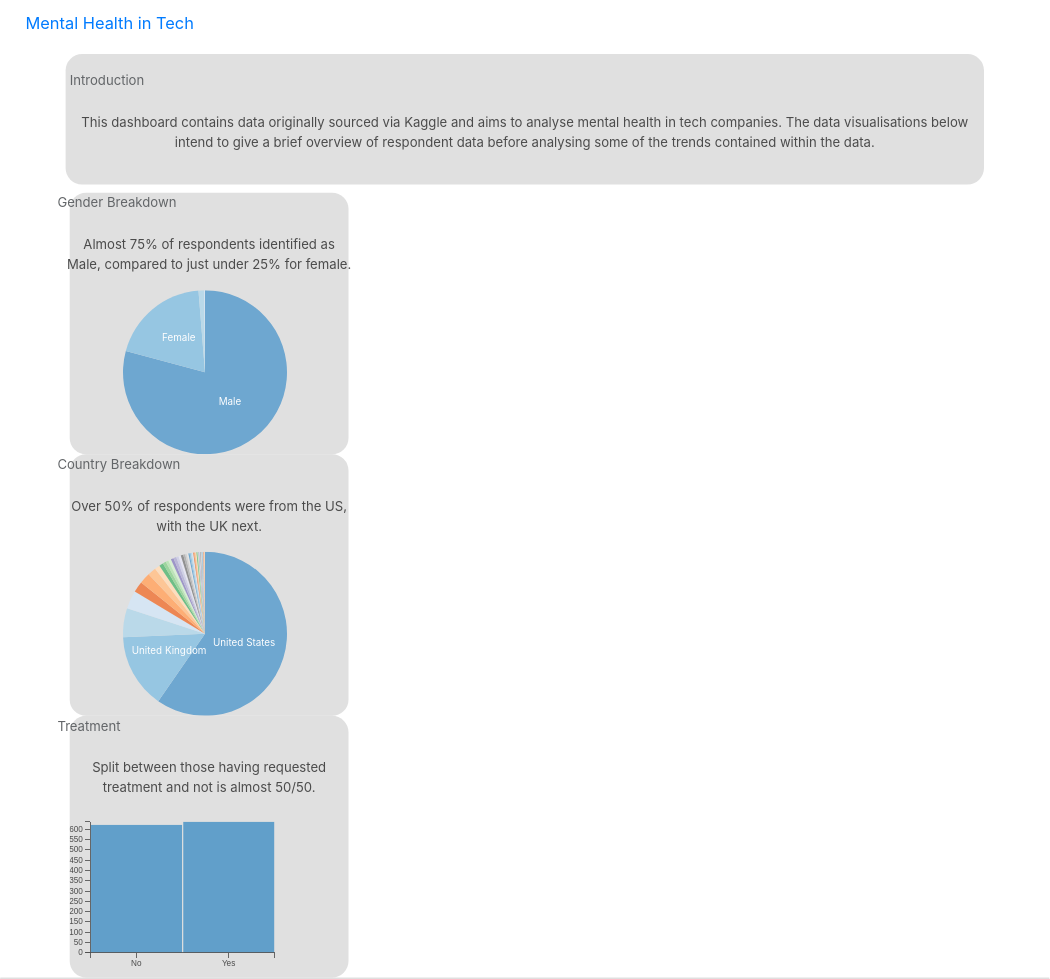
Repository: martingr1/mhdashboard
Page: index.html
The author's editor kept a record of every edit. The page is drawn from the files as they stood at one moment, then again after the next edit.
The browser window is 1280 px wide. The pictures show the whole page, at 82% of full size.
Some web libraries are served in a nearby version.

Above is the page before.

After the next edit:
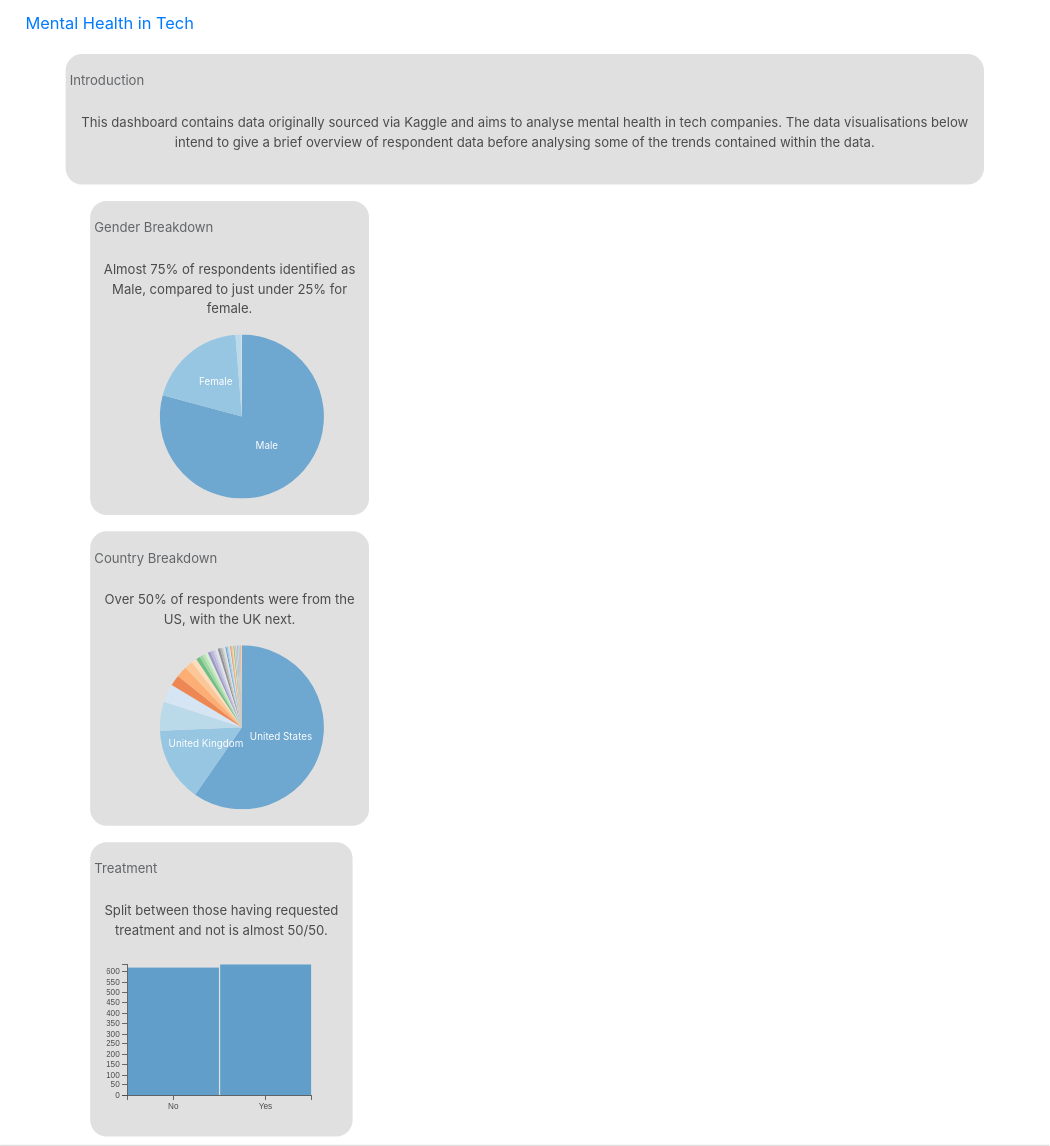
The edit:
--- a/static/css/style.css
+++ b/static/css/style.css
@@ -18,8 +18,10 @@
 	border-radius: 20px;
 	background-color: #D3D3D3;
 	opacity: 0.7;
-	width: 100%;
-	display: flex;
+	margin: 10px;
+	padding: 20px;
+	max-width: 1080px;
+	height: 37.5%;
 }
 
 .chart {
